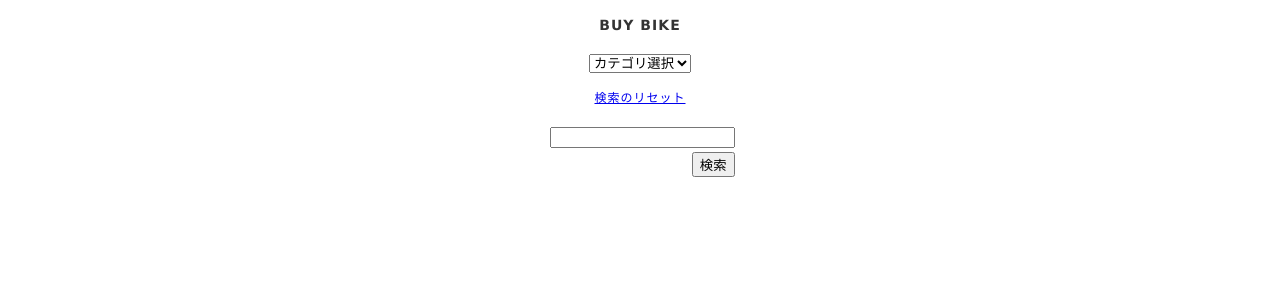
Repository: RYOYAEGAWA/test
Page: http://localhost/ecsite_a/bike.jsp
The author's editor kept a copy of each file at every save. The page is drawn from the files as they stood at one save, then again after the next save.
The browser window is 1280 px wide. The pictures show the whole page.
The page is served by Tomcat 9. Other server files are loaded and not shown.

Above is the page before, as saved 2018-05-29 07:09:45.

### java/Eclipse_Data/ecsite_a/WebContent/bike.jsp
<%@ page language="java" contentType="text/html; charset=UTF-8" pageEncoding="UTF-8"%>
<%@ taglib prefix="s" uri="/struts-tags" %>

<!DOCTYPE html>
<html>
<head>
		<meta http-equiv="Content-Type" content="text/html; charset=utf-8"/>
		<meta http-equiv="Content-Style-Type" content="text/css" />
		<meta http-equiv="Content-Script-Type" content="text/javascript" />
		<meta http-equiv="imagetoolbar" content="no" />
		<meta name="description" content="" />
		<meta name="keywords" content="" />
		<title>バイク商品一覧</title>
	<style type="text/css">

		body {
		margin:0;
		padding:0;
		line-height:1.6;
		letter-spacing:1px;
		font-family:Verdana, Helvetica, sans-serif;
		font-size:12px;
		color:#333;
		background:#fff;
		}

		table {
		text-align:center;
		margin:0 auto;
		}

		#top {
		width:780px;
		margin:30px auto;
		border:1px solid #333;
		}

		/* #header {
		width: 100%;
		height: 80px;
		background-color: black;
		} */

		#main {
		width: 100%;
		height: 500px;
		text-align: center;
		}

		/* #footer {
		width: 100%;
		height: 80px;
		background-color: black;
		clear: both;
		} */

	</style>

</head>

<body>

		<div id="main">
			<h3>BUY BIKE</h3>


			<!-- メーカー表示機能 -->
	<s:form action="MakerSearchAction">
	<tr>
		<td>
		<select name="sortCategory" onchange="submit(this.form)">
			<option value="0" selected="selected">カテゴリ選択</option>
			<option value="kawasaki">カワサキ</option>
			<option value="yamaha">ヤマハ</option>
			<option value="harley-davidsom">ハーレー</option>
		</select>
		</td>
	</tr>
	</s:form>


	<p><a href='<s:url action="ProductPageAction"/>'>検索のリセット</a></p>


	<!-- 商品検索機能 -->
	<s:form action="SearchAction">
	<tr>
		<td><s:textfield name="searchWord" value=""/><s:submit class="button" value="検索"/></td>
	</tr>
	</s:form>

	<!-- 商品テーブル -->
<div class="item-table">

	<table>
	<s:form action="BuyItemAction">

<!-- カテゴリソート① -->
	<s:if test="session.sortCategory=='kawasaki'">
	<s:iterator value="#session.AllItem">

			<div class="item_description">

			<img class="image" style="width:150px; height:100px;" src="<s:property value='image_file_path'/>" >

			<br><br>
			<span>車種名:</span>
			<s:property value="itemName" /><br>

			<span>値段:</span>
			<s:property value="itemPrice" /><span>円</span><br>

			<span>スタイル:</span>
			<s:property value="style" /><br>

			<span>排気量:</span>
			<s:property value="engine_cc" /><span>cc</span><br>

			<span>メーカー:</span>
			<s:property value="makerName" /><br>

			<%-- <span>在庫:</span>
			<s:if test="item_stock>0">
				<s:property value="item_stock"/>
			</s:if> --%>
		<%-- 	<s:else>
				<span class="error-message">品切れ</span>
			</s:else> --%>


			<br>

			<span>購入個数:</span>
			<s:if test="item_stock>0">
				<div class="select-box">
				<select name="count">
					<option value="0" selected="selected">-</option>
					<option value="1">1</option>
					<option value="2">2</option>
					<option value="3">3</option>
					<option value="4">4</option>
					<option value="5">5</option>
				</select>
				</div>
			</s:if>
			<s:else>
				<select name="count">
					<option value="0" selected="selected">0</option>
				</select>
			</s:else>

			</div>

	</s:iterator>
	</s:if>

<!-- カテゴリソート② -->
	<s:elseif test="session.sortCategory=='yamaha'">
	<s:iterator value="#session.AllItem">
		<dl class="dl-list">
			<dd class="dd-list">

			<div class="item_description">


			<img class="image" style="width:150px; height:100px;" src="<s:property value='image_file_path'/>" >

			<br><br>

			<span>車種名:</span>
			<s:property value="itemName" /><br>

			<span>値段:</span>
			<s:property value="itemPrice" /><span>円</span><br>

			<span>スタイル:</span>
			<s:property value="style" /><br>

			<span>排気量:</span>
			<s:property value="engine_cc" /><span>cc</span><br>

			<span>メーカー:</span>
			<s:property value="makerName" /><br>

			<br>

			<span>購入個数:</span>
			<s:if test="item_stock>0">
				<div class="select-box">
				<select name="count">
					<option value="0" selected="selected">-</option>
					<option value="1">1</option>
					<option value="2">2</option>
					<option value="3">3</option>
					<option value="4">4</option>
					<option value="5">5</option>
				</select>
				</div>
			</s:if>
			<s:else>
				<select name="count">
					<option value="0" selected="selected">0</option>
				</select>
			</s:else>

			</div>
			</dd>
		</dl>
	</s:iterator>
	</s:elseif>


<!-- カテゴリソート③ -->
	<s:elseif test="session.sortCategory=='harley-davidson'">
	<s:iterator value="#session.AllItem">


			<div class="item_description">


			<img class="image" style="width:150px; height:100px;" src="<s:property value='image_file_path'/>" >

			<br><br>

			<span>車種名:</span>
			<s:property value="itemName" /><br>

			<span>値段:</span>
			<s:property value="itemPrice" /><span>円</span><br>

			<span>スタイル:</span>
			<s:property value="style" /><br>

			<span>排気量:</span>
			<s:property value="engine_cc" /><span>cc</span><br>

			<span>メーカー:</span>
			<s:property value="makerName" /><br>


			<br>

			<span>購入個数:</span>
			<s:if test="item_stock>0">
				<div class="select-box">
				<select name="count">
					<option value="0" selected="selected">-</option>
					<option value="1">1</option>
					<option value="2">2</option>
					<option value="3">3</option>
					<option value="4">4</option>
					<option value="5">5</option>
				</select>
				</div>
			</s:if>
			<s:else>
				<select name="count">
					<option value="0" selected="selected">0</option>
				</select>
			</s:else>



			</div>

	</s:iterator>
	</s:elseif>


<!-- カテゴリソートしない時の表示 -->
	<s:else>
	<s:iterator value="#session.AllItem">


			<div class="item_description">

			<img class="image" style="width:150px; height:100px;" src="<s:property value='image_file_path'/>" >

			<br><br>

			<span>車種名:</span>
			<s:property value="itemName" /><br>

			<span>値段:</span>
			<s:property value="itemPrice" /><span>円</span><br>

			<span>スタイル:</span>
			<s:property value="style" /><br>

			<span>排気量:</span>
			<s:property value="engine_cc" /><span>cc</span><br>

			<span>メーカー:</span>
			<s:property value="makerName" /><br>
			<br>

			<span>購入個数:</span>
				<s:if test="item_stock>0">
					<div class="select-box">
					<select name="count">
						<option value="0" selected="selected">-</option>
						<option value="1">1</option>
						<option value="2">2</option>
						<option value="3">3</option>
						<option value="4">4</option>
						<option value="5">5</option>
					</select>
			</div>
				</s:if>
				<s:else>
					<select name="count">
						<option value="0" selected="selected">0</option>
					</select>
				</s:else>
			</div>


	</s:iterator>
	</s:else>
</s:form>
</table>

</div>
</div>
</body>
</html>

### java/Eclipse_Data/ecsite_a/WebContent/Header.jsp
<%@ page language="java" contentType="text/html; charset=UTF-8" pageEncoding="UTF-8"%>
<%@ taglib prefix="s" uri="/struts-tags" %>

<!DOCTYPE html>
<html>
<head>
		<meta http-equiv="Content-Type" content="text/html; charset=utf-8"/>
		<meta http-equiv="Content-Style-Type" content="text/css" />
		<meta http-equiv="Content-Script-Type" content="text/javascript" />
		<meta http-equiv="imagetoolbar" content="no" />
		<meta name="description" content="" />
		<meta name="keywords" content="" />
		<title>header表示</title>

		<style type="text/css">
		.contents {
		height:50px;
		width:100%;
		background-color:skyblue;
		line-height:30px;
		}

		li{
		float:left;
		list-style:none;
		color:black;
		padding-right:30px;
		padding-top:10px;


		}

		</style>
</head>
<body>

<!-- ヘッダーのメニュー内容 -->
<header>
	<div class="contents">
		<ul>
			<li><a href='<s:url action="GoHomeAction"/>'>Home</a></li>
			<li><a href='<s:url action="GoLoginAction"/>'>Login</a></li>
			<li><a href='<s:url action="ProductPageAction"/>'>Product</a></li>
			<li><a href='<s:url action="MyPageAction"/>'>MyPage</a></li>
			<li><a href='<s:url action="LogoutAction"/>'>Logout</a></li>
		</ul>
	</div>
</header>





</body>
</html>

After the next save:
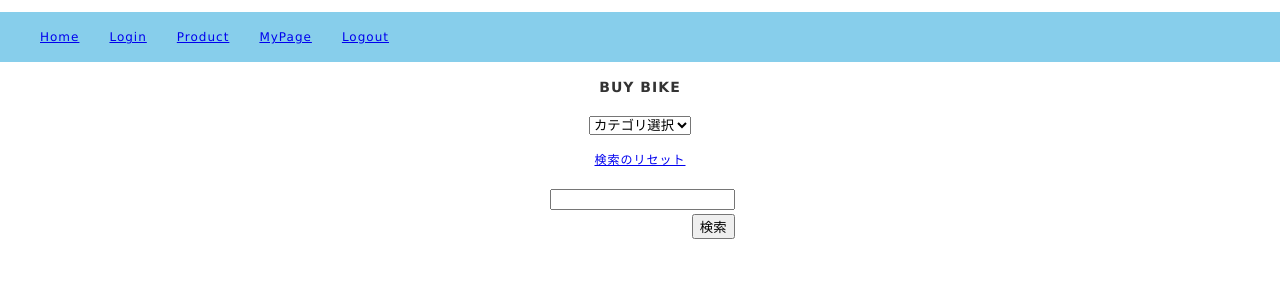
Saved 19 min 24 s later.
--- a/java/Eclipse_Data/ecsite_a/WebContent/bike.jsp
+++ b/java/Eclipse_Data/ecsite_a/WebContent/bike.jsp
@@ -59,6 +59,7 @@
 </head>
 
 <body>
+<s:include value="Header.jsp"></s:include>
 
 		<div id="main">
 			<h3>BUY BIKE</h3>
